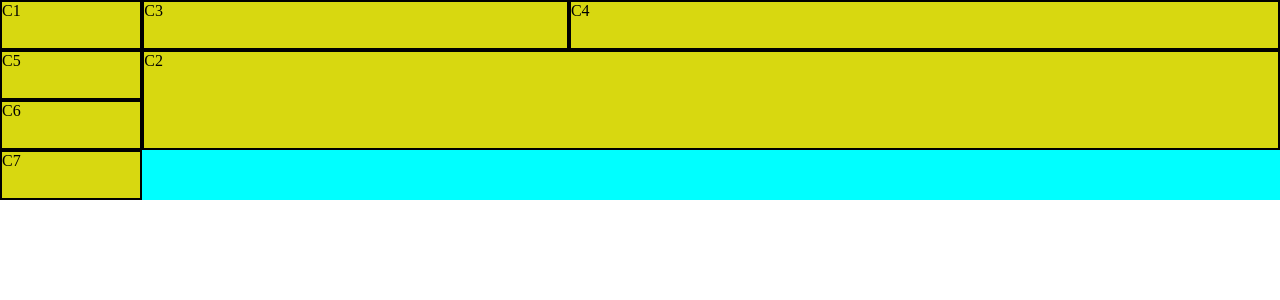
Repository: nepali2385/FUll-stack-practice
Page: Day5/Day5/grid.html
An editor plug-in stored every save of this project. The page is shown before and after the next save, followed by the edit.
The browser window is 1280 px wide. The pictures show the whole page.

Above is the page before, as saved 2024-08-27 15:26:08.

### Day5/Day5/grid.html
<!DOCTYPE html>
<html lang="en">
<head>
    <meta charset="UTF-8">
    <meta name="viewport" content="width=device-width, initial-scale=1.0">
    <title>Document</title>
    <link rel="stylesheet" href="grid.css">
</head>
<body>
    <div class="area">
        <div class="card">C1</div>
        <div class="card c2">C2</div>
        <div class="card">C3</div>
        <div class="card">C4</div>
        <div class="card">C5</div>
        <div class="card">C6</div>
        <div class="card">C7</div>



    </div>
</body>
</html>

### Day5/Day5/grid.css
*{
    padding:0;
    margin: 0;
    box-sizing:border-box;

}
.area{

    display:grid;
    grid-template-columns: 100px 200px 100px;
    grid-template-columns: 1fr 3fr 5fr;
    grid-auto-rows: 50px;
    background-color: aqua;
    /* justify-content:center;
    justify-items: center;
    align-items: center;
    align-content:center;
    row-gap: 20px;
    height: 400px;
    column-gap: 10px; */
}
.card{
    background-color: rgb(216, 216, 16);
    border:2px solid black;
}
.c2{
    grid-row-start: 2;
    grid-row-end: 4;
    grid-column-start: 2;
    grid-column-end: 4;
}

After the next save:
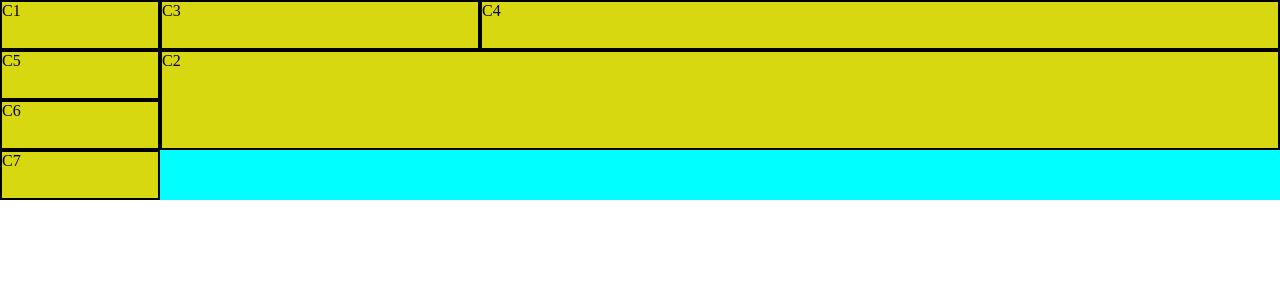
Saved 12 s later.
--- a/Day5/Day5/grid.css
+++ b/Day5/Day5/grid.css
@@ -8,7 +8,7 @@
 
     display:grid;
     grid-template-columns: 100px 200px 100px;
-    grid-template-columns: 1fr 3fr 5fr;
+    grid-template-columns: 1fr 2fr 5fr;
     grid-auto-rows: 50px;
     background-color: aqua;
     /* justify-content:center;
